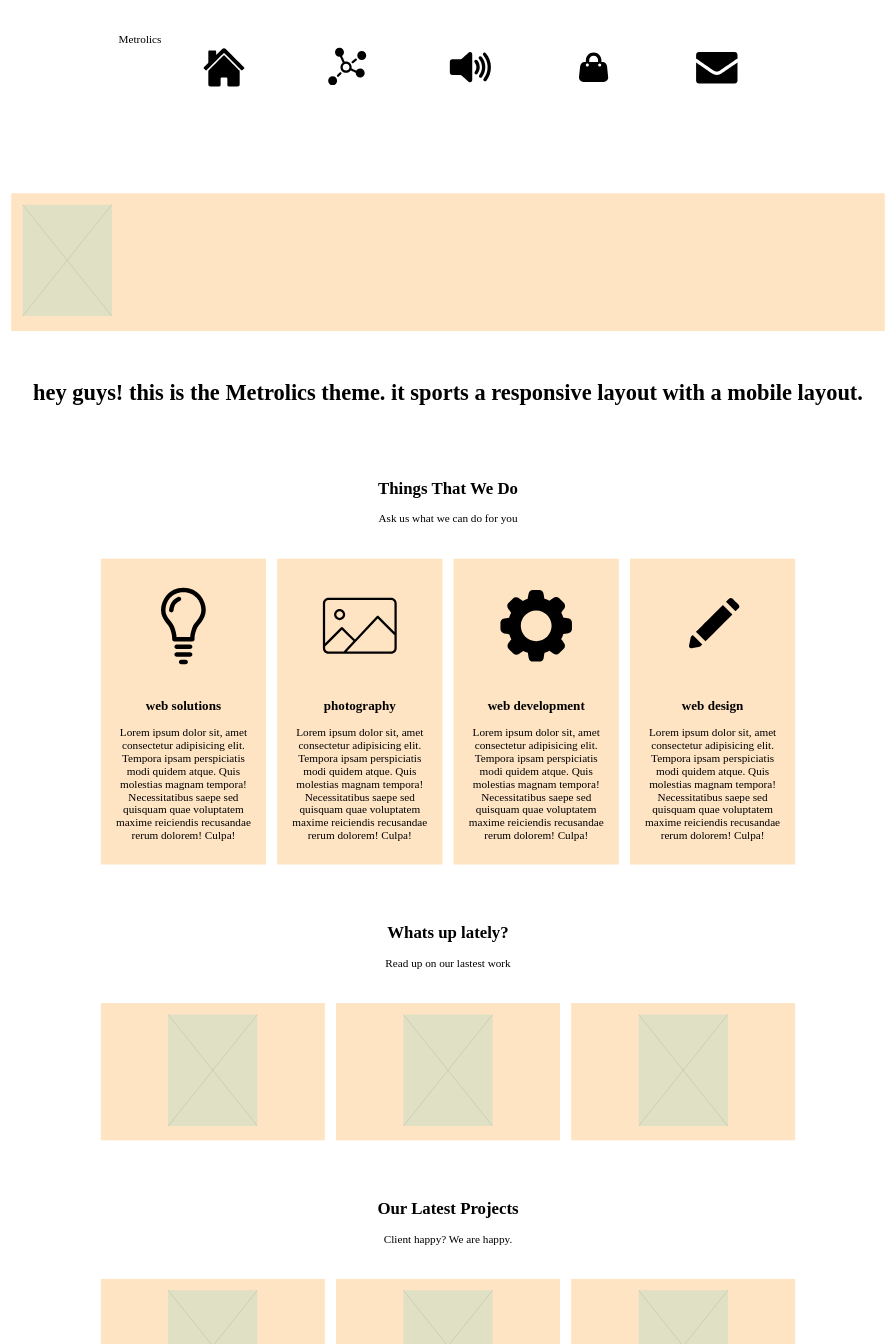
Repository: jjennbui/MDIA2003G-Assignment03B
Page: index.html
These files come from the project's save history. The page is drawn as it stood at one moment and after a run of saves; the edit follows.
The browser window is 1280 px wide. The pictures show the part of the page from y = 0 to 1920 px (the page is 2720 px tall before and 2715 px after), at 70% of full size.

Above is the page before, as saved 2023-01-30 23:22:21.

### index.html
<!doctype html>
<html class="no-js" lang="">

<head>
  <meta charset="utf-8">
  <title></title>
  <meta name="description" content="">
  <meta name="viewport" content="width=device-width, initial-scale=1">

  <meta property="og:title" content="">
  <meta property="og:type" content="">
  <meta property="og:url" content="">
  <meta property="og:image" content="">

  <link rel="manifest" href="site.webmanifest">
  <link rel="apple-touch-icon" href="icon.png">
  <!-- Place favicon.ico in the root directory -->

  <link rel="stylesheet" href="css/normalize.css">
  <link rel="stylesheet" href="css/main.css">

  <meta name="theme-color" content="#fafafa">
</head>

<body>

  <div class="menu">
    <div class="row tabs">
      <div class="Metrolics">Metrolics</div>

      <div class="navicon"> <img src="img/house-solid.svg"  >
      </div>
      <div class="navicon"> <img src="img/network-solid.svg">
      </div>
      <div class="navicon"><img src="img/volume-3-solid.svg">
      </div>
      <div class="navicon"> <img src="img/handbag-solid.svg">
      </div>
      <div class="navicon"> <img src="img/envelope-solid.svg">
       </div>
    </div>
    <div class="hamburger">
    <img src="img/three-bars-solid.svg">
    </div>
  </div>


  <div class="main-image">
    <div class="col">
      <img src="img/placeholder (1).svg">
    </div>
  </div>

  <div class="SECTION-ONE">
    <div class="text">
      <h1>hey guys! this is the Metrolics theme. it sports a responsive layout with a mobile layout.</h1>
    </div>
  </div>

  <div class="SECTION-TWO">

    <div class="text">
    <h2>Things That We Do</h2>
    <p>Ask us what we can do for you</p>
    </div>

    <div class="row m-row-2">
      <div class="col">
        <img src="img/fi-xnsuxl-bulb.svg" >
        <h3>web solutions</h3>
        <p>Lorem ipsum dolor sit, amet consectetur adipisicing elit. Tempora ipsam perspiciatis modi quidem atque. Quis
          molestias magnam tempora! Necessitatibus saepe sed quisquam quae voluptatem maxime reiciendis recusandae rerum
          dolorem! Culpa!</p>
      </div>
      <div class="col">
        <img src="img/fi-xtluxl-image-thin.svg">
        <h3>photography</h3>
        <p>Lorem ipsum dolor sit, amet consectetur adipisicing elit. Tempora ipsam perspiciatis modi quidem atque. Quis
          molestias magnam tempora! Necessitatibus saepe sed quisquam quae voluptatem maxime reiciendis recusandae rerum
          dolorem! Culpa!</p>
      </div>
      <div class="col">
        <img src="img/fi-xnsuxl-setting-solid.svg">
        <h3>web development</h3>
        <p>Lorem ipsum dolor sit, amet consectetur adipisicing elit. Tempora ipsam perspiciatis modi quidem atque. Quis
          molestias magnam tempora! Necessitatibus saepe sed quisquam quae voluptatem maxime reiciendis recusandae rerum
          dolorem! Culpa!</p>
      </div>
      <div class="col">
        <img src="img/fi-xwsuxl-pen.svg">
        <h3>web design</h3>
        <p>Lorem ipsum dolor sit, amet consectetur adipisicing elit. Tempora ipsam perspiciatis modi quidem atque. Quis
          molestias magnam tempora! Necessitatibus saepe sed quisquam quae voluptatem maxime reiciendis recusandae rerum
          dolorem! Culpa!</p>
      </div>
    </div>
  </div>

  <div class="SECTION-THREE">
    <div class="text">
      <h2>Whats up lately?</h2>
      <p>Read up on our lastest work</p>
    </div>
    <div class="row m-row-3">
      <div class="col m-row-span">
        <img src="img/placeholder (1).svg">
      </div>
      <div class="col">
        <img src="img/placeholder (1).svg">
      </div>
      <div class="col">
        <img src="img/placeholder (1).svg">
      </div>
      <div class="column">
        <img src="img/placeholder (1).svg">
      </div>
    </div>
  </div>

  <div class="SECTION-FOUR">
    <div class="text">
      <h2>Our Latest Projects</h2>
      <p>Client happy? We are happy.</p>
    </div>
    <div class="row m-row-4">
      <div class="col m-row-span">
        <img src="img/placeholder (1).svg">
      </div>
      <div class="col">
        <img src="img/placeholder (1).svg">
      </div>
      <div class="col">
        <img src="img/placeholder (1).svg">
      </div>
      <div class="col">
        <img src="img/placeholder (1).svg">
      </div>
      <div class="col">
        <img src="img/placeholder (1).svg">
      </div>
      <div class="col">
        <img src="img/placeholder (1).svg">
      </div>
    </div>
  </div>




  <div class="footer">
    <div class="text">
      <H1>FOOTER</H1>
    </div>
    <div class="row m-row-7">
    <div class="col">
      <H1>GRID</H1>
      <img src="img/placeholder (1).svg" alt="placeholder">
    </div>
    <div class="col">
      <H1>GRID</H1>
      <img src="img/placeholder (1).svg" alt="placeholder">
    </div>
    <div class="col2">
      <H1>GRID</H1>
      <img src="img/placeholder (1).svg" alt="placeholder">
    </div>
    <div class="col2">
      <H1>GRID</H1>
      <img src="img/placeholder (1).svg" alt="placeholder">
    </div>
  </div>
  </div>





</body>

</html>

### css/main.css
*,
*:before,
*:after {
  box-sizing: border-box;
}

img {
  width: 100%;

}




div,
main,
section,
footer,
main,
header {

  min-height: 1rem;
  padding: 1rem;


}



.row {
  display: grid;
  row-gap: 1rem;

}

.col {
  position: relative;
  background-color: bisque;
}

.col2 {
  position: relative;
  background-color: bisque;
}

.column {
  background-color: bisque;
}

.tab {
  background-color: beige;
}

.text {
  text-align: center;
}

img {
  width: 8rem;
  height: 10rem;
}

.footer {
  background-color: aquamarine;
}

.hamburger {
  text-align: end;
}

.row {
  margin-left: 7rem;
  margin-right: 7rem;

  column-gap: 1rem;
  row-gap: 1rem;
  text-align: center;
}

/* Small only */
@media screen and (max-width: 39.9375em) {
  .tab {
    display: none;
  }

  .SECTION-FIVE {
    display: none;
  }

  .section-six {
    display: none;
  }

  .main-image {
    display: none;
  }

  .m-row-6 {
    grid-template-columns: repeat(3, 1fr);
  }

  .m-row-7 {
    grid-template-columns: repeat(1, 1fr);
  }

  img {
    width: 4rem;
    height: 8rem;
  }

  .col2 {
    display: none;
  }

  .tabs {
    display: none;
  }
}

/* Medium and up */
@media screen and (min-width: 40em) and (max-width: 55.9375em) {

  .m-row-2 {
    grid-template-columns: 1fr 1fr;
  }

  .m-row-3 {
    grid-template-columns: repeat(2, 1fr);
  }

  .m-row-4 {
    grid-template-columns: repeat(2, 1fr);
  }

  .hamburger {
    display: none;
  }

  .m-row-6 {
    grid-template-columns: repeat(1, 1fr);
  }

  .col2 {
    display: none;
  }

  .m-row-7 {
    grid-template-columns: repeat(1, 1fr);
  }

  .tabs {
    grid-template-columns: repeat(6, .5fr);
  }
}

/*Medium Only*/
@media screen and (min-width: 56em) and (max-width: 63.9375em) {
  .m-row-6 {
    grid-template-columns: repeat(5, 1fr);
  }

  .m-row-7 {
    grid-template-columns: repeat(2, 1fr);
  }

  .hamburger {
    display: none;
  }

  .tabs {
    grid-template-columns: repeat(6, 1fr);
  }

  .m-row-2{
    grid-template-columns: repeat(2, 1fr);
  }

  .m-row-3{
    grid-template-columns: repeat(2, 1fr);
  }

  .m-row-4 {
    grid-template-columns: repeat(2, 1fr);
  }
}

/* Large and up */
@media screen and (min-width: 64em) {
  .m-row-2 {
    grid-template-columns: repeat(4, 1fr);
  }

  .m-row-3 {
    grid-template-columns: 1fr 1fr 1fr;
  }

  .m-row-4 {
    grid-template-columns: repeat(3, 1fr);
  }

  .column {
    display: none;
  }

  .m-row-5 {
    grid-template-columns: repeat(2, 1fr);
  }

  .m-row-6 {
    grid-template-columns: repeat(5, 1fr);
  }

  .m-row-7 {
    grid-template-columns: repeat(4, 1fr);
  }

  .hamburger {
    display: none;
  }

  .tabs {
    grid-template-columns: repeat(6, 1fr);
  }



  /* Large only */
  @media screen and (min-width: 64em) and (max-width: 74.9375em) {}
}

### img/house-solid.svg
<?xml version="1.0" encoding="UTF-8" standalone="no"?>
<svg
    role="img"
    xmlns="http://www.w3.org/2000/svg"
    width="1000mm"
    height="1000mm"
    viewBox="0 0 2000 2000"
    style="max-width:1.6em; height: auto;">

    <path
        id="path"
        style="opacity:1;vector-effect:none;fill:#000000;fill-opacity:1;"
        d=" M 500 75C 514 75 528 82 540 94C 540 94 950 504 950 504C 960 514 960 519 950 529C 950 529 915 564 915 564C 905 574 895 574 885 564C 885 564 515 194 515 194C 505 184 495 184 485 194C 485 194 115 564 115 564C 105 574 95 574 85 564C 85 564 50 529 50 529C 40 519 40 514 50 504C 50 504 135 419 135 419C 145 409 150 399 150 389C 150 389 150 267 150 267C 150 267 150 154 150 154C 150 139 160 129 175 129C 175 129 300 129 300 129C 315 129 326 139 325 154C 325 154 325 229 325 229C 325 229 460 94 460 94C 472 82 486 75 500 75C 500 75 500 75 500 75M 500 236C 505 236 510 239 515 244C 515 244 835 564 835 564C 845 574 850 579 850 594C 850 594 850 879 850 879C 850 914 835 929 800 929C 800 929 600 929 600 929C 590 929 575 914 575 904C 575 904 575 754 575 754C 575 739 565 729 550 729C 550 729 450 729 450 729C 435 729 425 739 425 754C 425 754 425 904 425 904C 425 914 410 929 400 929C 400 929 200 929 200 929C 165 929 150 914 150 879C 150 879 150 594 150 594C 150 579 155 574 165 564C 165 564 485 244 485 244C 490 239 495 236 500 236C 500 236 500 236 500 236"
        transform="2.5">
    </path>
</svg>

### img/network-solid.svg
<?xml version="1.0" encoding="UTF-8" standalone="no"?>
<svg
    role="img"
    xmlns="http://www.w3.org/2000/svg"
    width="1000mm"
    height="1000mm"
    viewBox="0 0 2000 2000"
    style="max-width:1.6em; height: auto;">

    <path
        id="path"
        style="opacity:1;vector-effect:none;fill:#000000;fill-opacity:1;"
        d=" M 428 168C 428 202 411 232 386 250C 386 250 446 378 446 378C 455 376 465 375 475 375C 544 375 600 431 600 500C 600 509 599 518 597 527C 597 527 705 574 705 574C 723 547 754 528 790 528C 844 528 890 573 890 628C 890 683 844 728 790 728C 735 728 690 683 690 628C 690 626 690 624 690 622C 690 622 577 572 577 572C 554 604 517 625 475 625C 406 625 350 569 350 500C 350 459 370 423 401 400C 401 400 339 268 339 268C 335 268 331 268 328 268C 273 268 228 223 228 168C 228 114 273 68 328 68C 383 68 428 114 428 168C 428 168 428 168 428 168M 925 240C 925 295 880 340 825 340C 770 340 725 295 725 240C 725 186 770 140 825 140C 880 140 925 186 925 240C 925 240 925 240 925 240M 717 322C 720 332 717 344 709 351C 709 351 639 408 639 408C 628 417 612 415 603 405C 594 394 596 378 607 369C 607 369 677 312 677 312C 681 308 687 306 692 306C 693 306 693 306 693 306C 704 306 713 313 717 322C 717 322 717 322 717 322M 400 500C 400 542 433 575 475 575C 517 575 550 542 550 500C 550 458 517 425 475 425C 433 425 400 458 400 500C 400 500 400 500 400 500M 373 626C 377 635 375 646 368 653C 368 653 313 709 313 709C 303 719 287 719 277 709C 267 699 267 683 277 673C 277 673 332 618 332 618C 337 613 343 611 350 611C 350 611 350 611 351 611C 361 611 370 617 373 626C 373 626 373 626 373 626M 275 800C 275 855 230 900 175 900C 120 900 75 855 75 800C 75 745 120 700 175 700C 230 700 275 745 275 800C 275 800 275 800 275 800"
        transform="">
    </path>
</svg>

### img/volume-3-solid.svg
<?xml version="1.0" encoding="UTF-8" standalone="no"?>
<svg
    role="img"
    xmlns="http://www.w3.org/2000/svg"
    width="1000mm"
    height="1000mm"
  viewBox="0 0 2000 2000"
    style="max-width:1.6em; height: auto;">

    <path
        id="path"
        style="opacity:1;vector-effect:none;fill:#000000;fill-opacity:1;"
        d=" M 624 333C 635 333 646 338 653 347C 726 433 728 558 659 646C 651 657 637 663 624 661C 611 659 599 650 594 637C 589 625 591 611 600 600C 647 539 646 454 596 395C 586 384 584 369 590 355C 596 342 609 334 624 333C 624 333 624 333 624 333M 719 253C 731 253 742 258 749 267C 859 398 863 588 757 723C 749 734 736 739 722 738C 709 736 698 727 693 714C 688 702 690 688 698 677C 782 570 779 419 692 315C 682 304 680 288 686 275C 692 262 705 253 719 253C 719 253 719 253 719 253M 815 172C 827 172 837 177 845 186C 993 362 998 619 856 800C 848 811 834 816 821 815C 808 813 796 804 791 791C 786 779 788 765 797 754C 917 600 913 384 787 234C 778 223 775 208 781 195C 787 181 801 173 815 172C 815 172 815 172 815 172M 491 162C 498 162 505 164 511 167C 529 175 541 193 541 212C 541 212 541 788 541 788C 541 807 529 825 511 833C 493 841 472 838 457 825C 457 825 305 688 305 688C 296 680 284 675 272 675C 272 675 91 675 91 675C 78 675 65 670 56 660C 46 651 41 638 41 625C 41 625 41 375 41 375C 41 362 46 349 56 340C 65 330 78 325 91 325C 91 325 272 325 272 325C 284 325 296 320 305 312C 305 312 457 175 457 175C 467 167 479 162 491 162C 491 162 491 162 491 162"
        transform="">
    </path>
</svg>

### img/handbag-solid.svg
<?xml version="1.0" encoding="UTF-8" standalone="no"?>
<svg
    role="img"
    xmlns="http://www.w3.org/2000/svg"
    width="1000mm"
    height="1000mm"
    viewBox="0 0 2000 2000"
    style="max-width:1.6em; height: auto;">

    <path
        id="path"
        style="opacity:1;vector-effect:none;fill:#000000;fill-opacity:1;"
        d=" M 636 415C 617 415 601 431 601 450C 601 469 617 484 636 484C 655 484 670 469 670 450C 670 431 655 415 636 415C 636 415 636 415 636 415M 361 415C 341 415 326 430 326 449C 326 468 341 484 361 484C 380 484 395 468 395 449C 395 430 380 415 361 415C 361 415 361 415 361 415M 500 246C 445 246 402 290 402 344C 402 344 402 382 402 382C 402 382 600 382 600 382C 600 382 600 343 600 343C 600 289 555 245 500 246C 500 246 500 246 500 246M 500 171C 595 170 675 247 675 343C 675 343 675 382 675 382C 675 382 700 382 700 382C 755 382 795 428 800 480C 800 480 825 727 825 727C 830 785 780 829 725 829C 725 829 275 829 275 829C 220 829 169 785 175 727C 175 727 200 480 200 480C 205 428 245 382 300 382C 300 382 327 382 327 382C 327 382 327 344 327 344C 327 344 327 344 327 344C 327 249 405 171 500 171C 500 171 500 171 500 171"
        transform="">
    </path>
</svg>

### img/envelope-solid.svg
<?xml version="1.0" encoding="UTF-8" standalone="no"?>
<svg
    role="img"
    xmlns="http://www.w3.org/2000/svg"

    viewBox="0 0 2000 2000"
    style="max-width:1.6em; height: auto;">

    <path
        id="path"
        style="opacity:1;vector-effect:none;fill:#000000;fill-opacity:1;"
        d=" M 900 163C 934 163 962 191 962 225C 962 225 962 305 962 305C 962 305 579 569 579 569C 545 592 521 600 500 600C 479 600 455 592 421 569C 421 569 38 305 38 305C 38 305 38 225 38 225C 38 191 66 163 100 163C 100 163 900 163 900 163M 379 631C 379 631 379 631 379 631C 420 658 459 675 500 675C 541 675 580 658 621 631C 621 631 621 631 621 631C 621 631 962 396 962 396C 962 396 962 800 962 800C 962 834 934 862 900 862C 900 862 100 862 100 862C 66 862 38 834 38 800C 38 800 38 396 38 396C 38 396 379 631 379 631"
        transform="">
    </path>
</svg>

### img/fi-xnsuxl-bulb.svg
<?xml version="1.0" encoding="UTF-8" standalone="no"?>
<svg
    role="img"
    xmlns="http://www.w3.org/2000/svg"
    width="1000mm"
    height="1000mm"
    viewBox="0 0 1000 1000"
    style="max-width:1.6em; height: auto;">

    <path
        id="path"
        style="opacity:1;vector-effect:none;fill:#000000;fill-opacity:1;"
        d=" M 688 159C 729 207 750 269 750 325C 750 382 726 424 702 457C 678 489 655 514 649 533C 630 588 625 602 625 650C 625 664 614 675 600 675C 600 675 400 675 400 675C 386 675 375 664 375 650C 375 604 365 573 351 533C 342 504 319 482 296 451C 273 421 250 381 250 325C 250 269 271 207 312 159C 354 110 418 75 500 75C 582 75 646 110 688 159C 688 159 688 159 688 159M 350 191C 317 230 300 281 300 325C 300 369 315 394 336 421C 356 448 384 475 399 517C 410 551 421 584 424 625C 424 625 576 625 576 625C 578 588 586 563 601 517C 614 481 641 456 662 427C 683 398 700 368 700 325C 700 281 683 230 650 191C 616 152 568 125 500 125C 432 125 384 152 350 191C 350 191 350 191 350 191M 475 194C 477 206 472 217 461 222C 415 245 399 263 390 329C 388 342 375 352 361 350C 348 348 338 335 340 321C 351 247 385 205 439 178C 442 176 446 175 450 175C 462 175 472 183 475 194C 475 194 475 194 475 194M 575 710C 589 710 600 721 600 735C 600 749 589 760 575 760C 575 760 425 760 425 760C 411 760 400 749 400 735C 400 721 411 710 425 710C 425 710 575 710 575 710M 575 795C 589 795 600 806 600 820C 600 834 589 845 575 845C 575 845 425 845 425 845C 411 845 400 834 400 820C 400 806 411 795 425 795C 425 795 575 795 575 795M 525 880C 539 880 550 891 550 905C 550 919 539 930 525 930C 507 930 491 930 475 930C 461 930 450 919 450 905C 450 891 461 880 475 880C 491 880 507 880 525 880C 525 880 525 880 525 880"
        transform="">
    </path>
</svg>

Loaded but not shown: css/normalize.css (library)

After the next 7 saves:
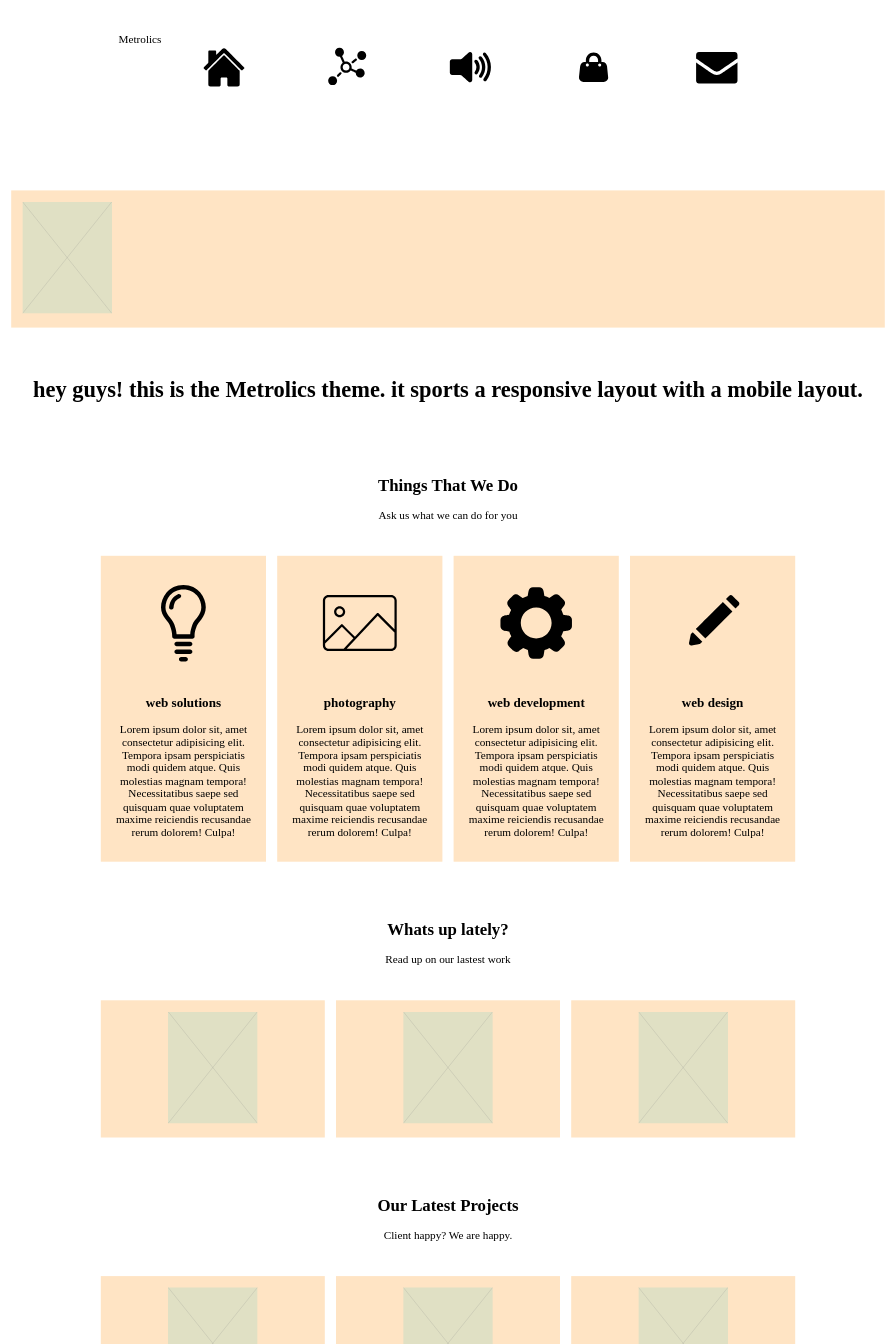
The 7 saves are shown as one change because they came seconds apart.
The last was saved 72 s later.
--- a/css/main.css
+++ b/css/main.css
@@ -25,7 +25,10 @@ header {
 
 }
 
-
+.navicon{
+  display: flex;
+  justify-content: center;
+}
 
 .row {
   display: grid;
